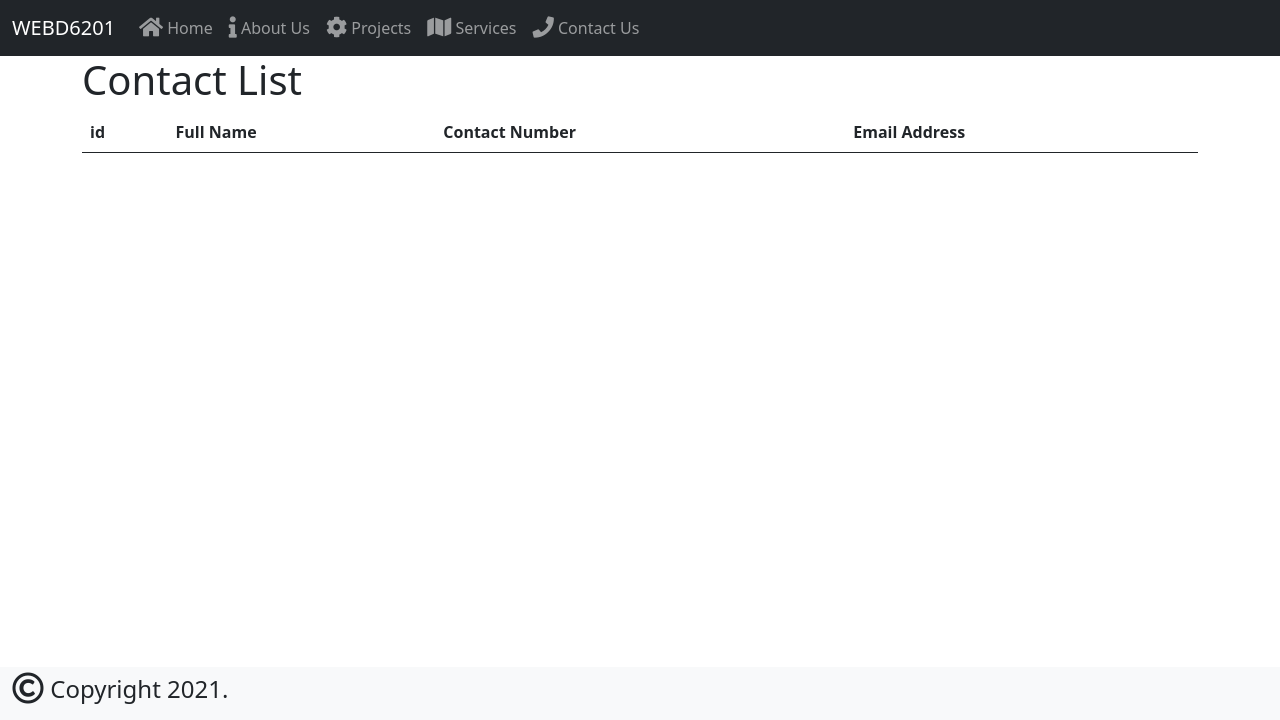
Repository: jaisydh07/WEBD6201-ICE3
Page: contact-list.html
An editor plug-in stored every save of this project. The page is shown before and after the next save, followed by the edit.
The browser window is 1280 px wide. The pictures show the whole page.

Above is the page before, as saved 2021-01-29 03:22:04.

### contact-list.html
<!DOCTYPE html>
<html lang="en">
<head>
    <meta charset="UTF-8">
    <meta name="viewport" content="width=device-width, initial-scale=1.0">
    <title>Contact-List</title>
    <!-- CSS Section -->
    <link rel="stylesheet" href="./node_modules/bootstrap/dist/css/bootstrap.min.css">
    <link rel="stylesheet" href="./node_modules/@fortawesome/fontawesome-free/css/all.min.css">
    <link rel="stylesheet" href="./Content/app.css">
</head>
<body>
    <!-- Main Header -->
    <header>
        <!-- Main Navigation -->
        <nav class="navbar navbar-expand-lg navbar-dark bg-dark">
            <div class="container-fluid">
              <a class="navbar-brand" href="index.html">WEBD6201</a>
              <button class="navbar-toggler" type="button" data-bs-toggle="collapse" data-bs-target="#navbarSupportedContent" aria-controls="navbarSupportedContent" aria-expanded="false" aria-label="Toggle navigation">
                <span class="navbar-toggler-icon"></span>
              </button>
              <div class="collapse navbar-collapse" id="navbarSupportedContent">
                <ul class="navbar-nav me-auto mb-2 mb-lg-0">
                  <li class="nav-item">
                    <a class="nav-link" aria-current="page" href="index.html"><i class="fas fa-home fa-lg"></i> Home</a>
                  </li>

                  <li class="nav-item">
                    <a class="nav-link" aria-current="page" href="about.html"><i class="fas fa-info fa-lg"></i> About Us</a>
                  </li>

                  <li class="nav-item">
                    <a class="nav-link" aria-current="page" href="projects.html"><i class="fas fa-cog fa-lg"></i> Projects</a>
                  </li>

                  <li class="nav-item">
                    <a class="nav-link" aria-current="page" href="services.html"><i class="fas fa-map fa-lg"></i> Services</a>
                  </li>

                  <li class="nav-item">
                    <a class="nav-link" aria-current="page" href="contact.html"><i class="fas fa-phone fa-lg"></i> Contact Us</a>
                  </li>
                </ul>
              </div>
            </div>
          </nav>
    </header>

    <!-- Main Content -->
    <main class="container">
        <h1>Contact List</h1>

        <div class="row">
          <div class="col">
            <table class="table">
              <thead>
                <tr>
                  <th scope="col">id</th>
                  <th scope="col">Full Name</th>
                  <th scope="col">Contact Number</th>
                  <th scope="col">Email Address</th>
                </tr>
              </thead>
              <tbody id="contactList">
              </tbody>
            </table>
          </div>
        </div>
    </main>

    <!-- Main Footer -->
    <footer>
        <nav class="navbar fixed-bottom navbar-light bg-light">
            <div class="container-fluid">
              <h4><i class="far fa-copyright fa-lg"></i> Copyright 2021.</h4>
            </div>
          </nav>
    </footer>

    <!-- Script Section-->
    <script src="./node_modules/jquery/dist/jquery.min.js"></script>
    <script src="./node_modules/bootstrap/dist/js/bootstrap.bundle.min.js"></script>
    <script src="./Scripts/contact.js"></script>
    <script src="./Scripts/app.js"></script>
</body>
</html>

### Scripts/contact.js
"use strict";

// Contact Class
class Contact {
    // getters and setters
    get FullName()
    {
      return this.m_fullName;
    }

    set FullName(value)
    {
      this.m_fullName = value;
    }

    get ContactNumber()
    {
      return this.m_contactNumber;
    }

    set ContactNumber(value)
    {
      this.m_contactNumber = value;
    }

    get EmailAddress()
    {
      return this.m_emailAddress;
    }

    set EmailAddress(value)
    {
      this.m_emailAddress = value;
    }

    // constructor

     /**
     * @param {string} fullName
     * @param {string} contactNumber
     * @param {string} emailAddress
     */
    constructor(fullName = "", contactNumber = "", emailAddress = "")

    {
        this.FullName = fullName;
        this.ContactNumber = contactNumber;
        this.EmailAddress = emailAddress;
    }

    // methods

    /**
     * This method overrides the built-in toString method for the Contact class
     *
     * @returns {string}
     */

    toString()
    {
        return `Full Name     : ${this.FullName} \nContact Number: ${this.ContactNumber}\nEmail Address : ${this.EmailAddress}`;
    }

    /**
     * This method returns a JSON object made up of the properties of the Contact class
     *
     * @returns {Object}
     */
    toJSON()
    {
      return {
        "fullName": this.FullName,
        "contactNumber": this.ContactNumber,
        "emailAddress": this.EmailAddress
      }
    }

    /**
     * This method converts the Contact into a comma-separated value string
     *
     * @returns {string}
     */
    serialize()
    {
        if(this.FullName !== "" && this.ContactNumber !== "" && this.EmailAddress !== "")
        {
          return `${this.FullName},${this.ContactNumber},${this.EmailAddress}`;
        }
        else
        {
          console.error("One or more properties of the Contact is empty");
          return null;
        }
    }

    /**
     * This method takes a comma-separated data string and assigns the values to the Contact class properties
     *
     * @param {string} data
     * @return {void}
     */
    deserialize(data)
    {
      let propertyArray = data.split(",");
      this.FullName = propertyArray[0];
      this.ContactNumber = propertyArray[1];
      this.EmailAddress = propertyArray[2];
    }

  }

### Scripts/app.js
/* custom JavaScript goes here */

//IIFE - Immediately Invoked Function Expression
//AKA - Anonymous Self-Executing Function
//Closure - limits scope leak

"use strict";

(function()
{
    function displayHome()
    {
        let paragraphOneText =
          "This is a simple site to demonstrate DOM Manipulation for ICE 1";

        let paragraphOneElement = document.getElementById("paragraphOne");

        paragraphOneElement.textContent = paragraphOneText;
        paragraphOneElement.className = "fs-5";

        // Step 1. document.createElement
        let newParagraph = document.createElement("p");
        // Step 2. configure the element
        newParagraph.setAttribute("id", "paragraphTwo");
        newParagraph.textContent = "...And this is paragraph two";
        // Step 3. select the parent element
        let mainContent = document.getElementsByTagName("main")[0];
        // Step 4. Add / Insert the element
        mainContent.appendChild(newParagraph);

        newParagraph.className = "fs-6";

        // another way of injecting content
        let paragraphDiv = document.createElement("div");
        let paragraphThree = `<p id="paragraphThree" class="fs-7 fw-bold">And this is the Third Paragraph</p>`;
        paragraphDiv.innerHTML = paragraphThree;

        // insertions

        // example of inserting before a node
        //newParagraph.before(paragraphDiv);

        // example of inserting after a node
        newParagraph.after(paragraphDiv);

        // deletions

        // example of removing a single element
        //paragraphOneElement.remove();

        // example of removeChild
        mainContent.removeChild(paragraphOneElement);

        // update / modification
        //mainContent.firstElementChild.textContent = "Welcome Home!";

        mainContent.innerHTML = `<h1 id="firstHeading">Welcome to WEBD6201 - Lab 1</h1>
         <p id="paragraphOne" class="fs-3 fw-bold">This is my first Paragraph</p>
        `;

    }

    function displayAbout()
    {

    }

    function displayProjects()
    {

    }

    function displayServices()
    {

    }

    function displayContact()
    {
        let messageArea = document.getElementById("messageArea");
        messageArea.hidden = true;

        // form validation
        let fullName = document.getElementById("fullName");
        fullName.addEventListener("blur", function() {
            if(fullName.value.length < 2)
            {
                fullName.focus();
                fullName.select();
                messageArea.hidden = false;
                messageArea.className = "alert alert-danger";
                messageArea.textContent = "Please enter an appropriate Name";
            }
            else
            {
                messageArea.removeAttribute("class");
                messageArea.hidden = true;
            }
        });

        let sendButton = document.getElementById("sendButton");
        sendButton.addEventListener("click", function(event){
            //event.preventDefault();

            let contact = new Contact(fullName.value, contactNumber.value, emailAddress.value);

            if(contact.serialize())
            {
              localStorage.setItem((localStorage.length + 1).toString(), contact.serialize());
            }

        });
    }

    function displayContactList()
    {
      if (localStorage.length > 0)
      {
        let contactList = document.getElementById("contactList");

        let data = "";

        for (let index = 0; index < localStorage.length; index++)
        {
          let contactData = localStorage.getItem((index + 1).toString());

          let contact = new Contact();
          contact.deserialize(contactData);

          data += `<tr>
          <th scope="row">${index + 1}</th>
          <td>${contact.FullName}</td>
          <td>${contact.ContactNumber}</td>
          <td>${contact.EmailAddress}</td>
        </tr>`;
        }

        contactList.innerHTML = data;
      }
    }


    function Start()
    {
        console.log("App Started...");

        switch (document.title)
        {
          case "Home":
              displayHome();
            break;
          case "About":
              displayAbout();
            break;
          case "Projects":
              displayProjects();
            break;
          case "Services":
              displayServices();
            break;
          case "Contact":
              displayContact();
            break;
          case "Contact-List":
              displayContactList();
            break;
        }

    }

    window.addEventListener("load", Start);

})();

Loaded but not shown: node_modules/bootstrap/dist/css/bootstrap.min.css (library); node_modules/@fortawesome/fontawesome-free/css/all.min.css (library); Content/app.css (common file); node_modules/jquery/dist/jquery.min.js (library); node_modules/bootstrap/dist/js/bootstrap.bundle.min.js (library)

After the next save:
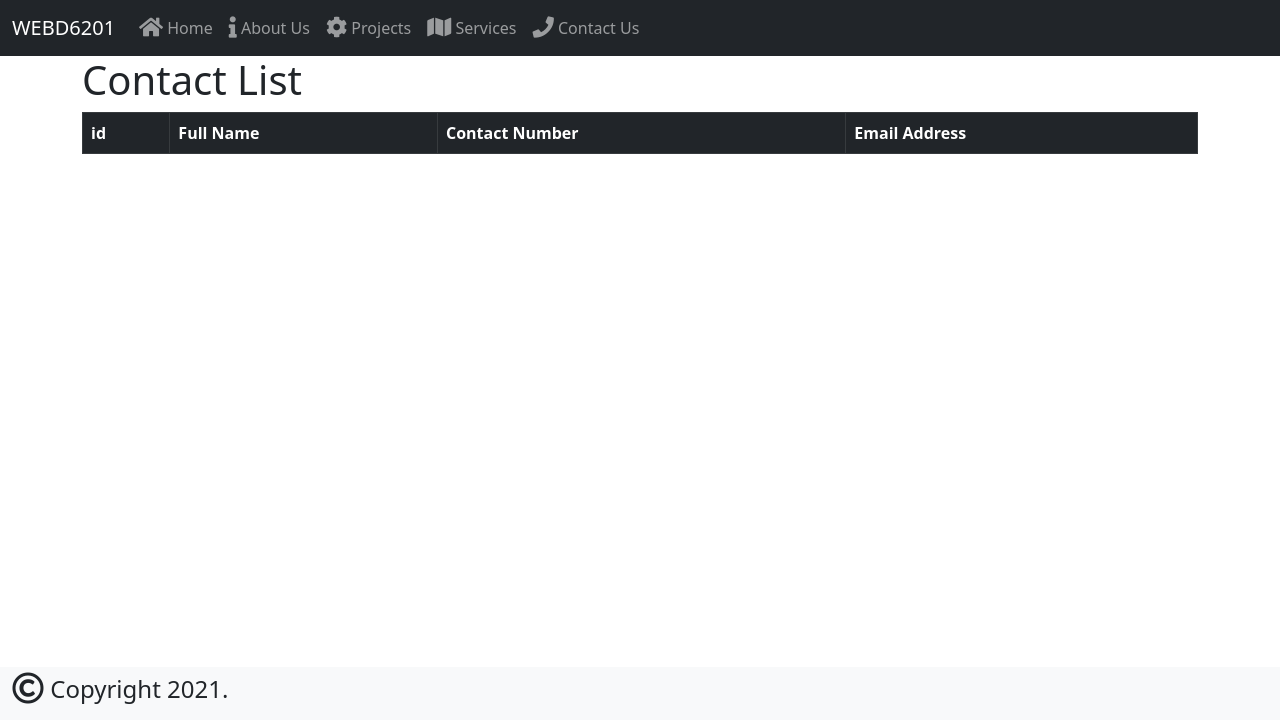
Saved 90 s later.
--- a/contact-list.html
+++ b/contact-list.html
@@ -52,8 +52,8 @@
 
         <div class="row">
           <div class="col">
-            <table class="table">
-              <thead>
+            <table class="table table-striped table-bordered table-hover">
+                <thead class="table-dark">
                 <tr>
                   <th scope="col">id</th>
                   <th scope="col">Full Name</th>
